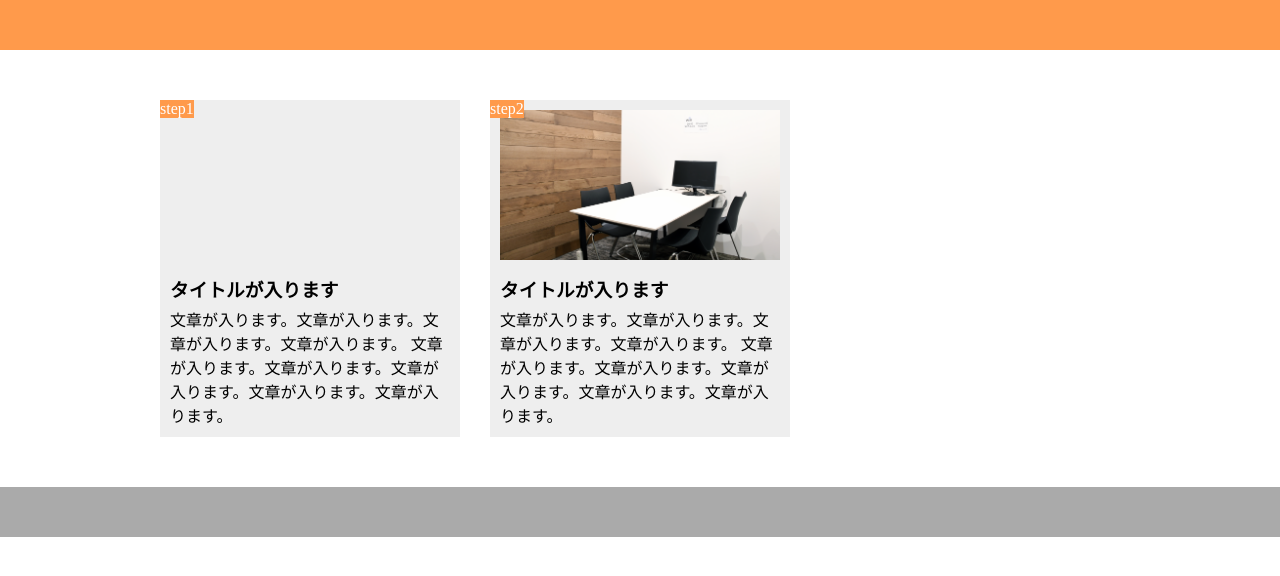
Repository: ryo32sun/Html-Practice
Page: practice/chapter9.html
The author's editor kept a record of every edit. The page is drawn from the files as they stood at one moment, then again after the next edit.
The browser window is 1280 px wide. The pictures show the whole page.

Above is the page before.

### practice/chapter9.html
<!DOCTYPE html>
<html lang="ja">
  <head>
  <meta charset="UTF-8">
  <link rel="stylesheet" href="chapter9.css">
  <title>
    Chapter9
  </title>
  </head>

  <header></header>

  <main>
    <div class="main-box">
      <div class="photo phot-1"></div>
      <div class="title">
        <h3>タイトルが入ります</h3>
      </div>
      <div class="text">
        <p>文章が入ります。文章が入ります。文章が入ります。文章が入ります。
        文章が入ります。文章が入ります。文章が入ります。文章が入ります。文章が入ります。</p>
      </div>
      <div class="step">
      <p>step1</p>
      </div>
    </div>

    <div class="main-box">
      <div class="photo photo-2"></div>
      <div class="title">
        <h3>タイトルが入ります</h3>
      </div>
      <div class="text">
        <p>文章が入ります。文章が入ります。文章が入ります。文章が入ります。
        文章が入ります。文章が入ります。文章が入ります。文章が入ります。文章が入ります。</p>
      </div>
      <div class="step">
        <p>step2</p>
      </div>
    </div>

  </main>

  <footer></footer>

</html>

### practice/chapter9.css
* {
  padding:0;
  margin:0;
  box-sizing: border-box;
}

header {
  height: 50px;
  width: 100%;
  background-color:#ff9a4b;
}

main {
  margin: 50px auto;
  width: 960px;
  display: flex;
}

.main-box {
  width:300px;
  background-color: #eee;
  position: relative;
  padding:10px;
}

.main-box:nth-child(2) {
  margin: 0 30px;
}

.step {
  position: absolute;
  top:0;
  left:0;
  background-color:#ff9a4b;
  color: #fff;
}

.photo {
  background-size: cover;
  /*画像のポジション間違い　誤:center*/
  background-position: bottom;
  height: 150px;
}

.photo-1 {
  background-image: url(img9/flow01.png);
}

.photo-2 {
  background-image: url(img9/flow02.png);
}

.photo-3 {
  background-image: url(img9/flow03.png);
}

.title {
  margin: 15px 0 5px 0;
}


footer {
  width:100%;
  height: 50px;
  background-color:#aaa;
}

@media screen and (max-width:768px) {

  main {
    width: 100%;
    display: block;
  }

  .main-box {
    width: 90%;
    margin-left: 5%;
  }

  .main-box:nth-child(2) {
    margin: 20px 0 20px 5%;
  }

  h3 {
    font-size: 15px;
  }

  p {
    font-size: 12px;
  }
}

After the next edit:
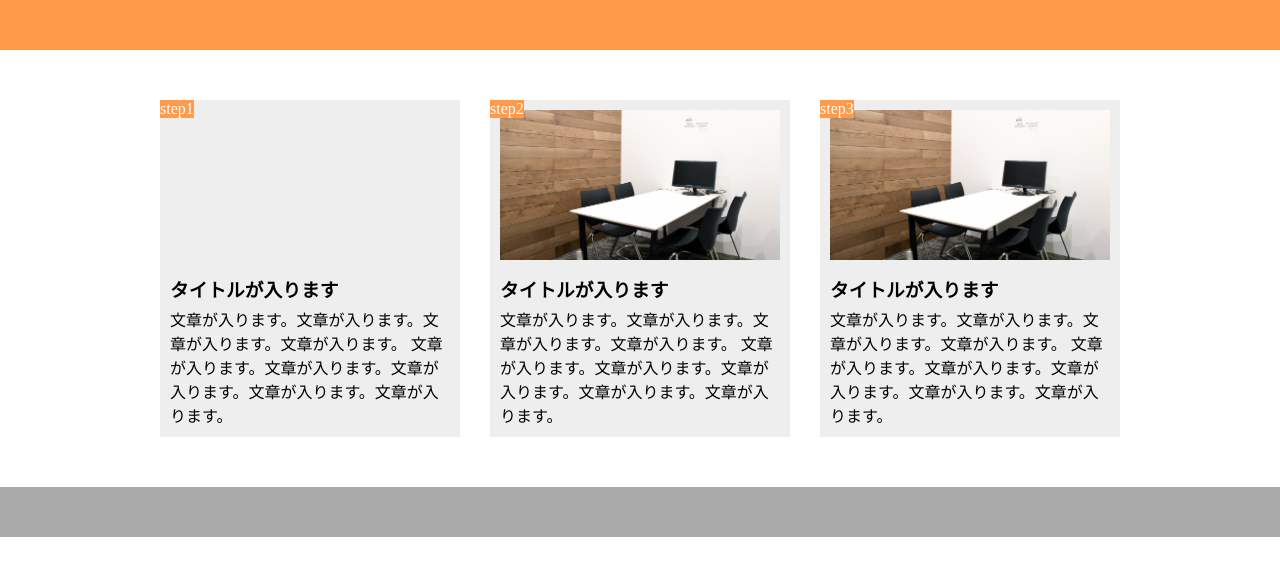
The edit:
--- a/practice/chapter9.html
+++ b/practice/chapter9.html
@@ -39,6 +39,21 @@
       </div>
     </div>
 
+        <div class="main-box">
+      <div class="photo photo-2"></div>
+      <div class="title">
+        <h3>タイトルが入ります</h3>
+      </div>
+      <div class="text">
+        <p>文章が入ります。文章が入ります。文章が入ります。文章が入ります。
+        文章が入ります。文章が入ります。文章が入ります。文章が入ります。文章が入ります。</p>
+      </div>
+      <div class="step">
+        <p>step3</p>
+      </div>
+    </div>
+
+
   </main>
 
   <footer></footer>
